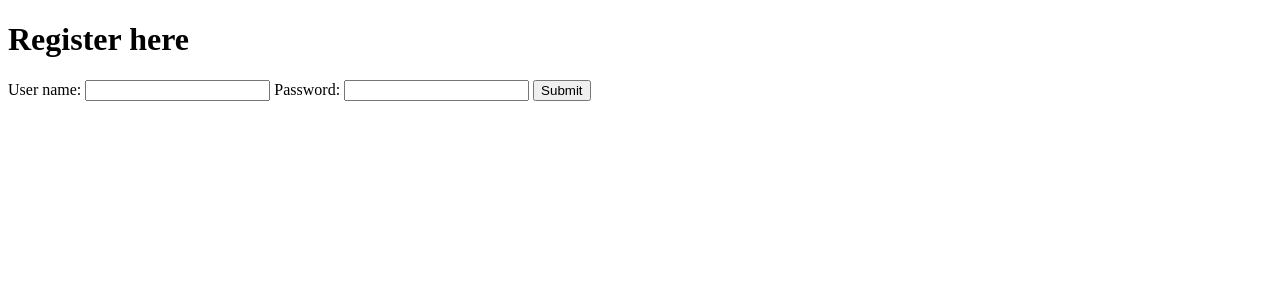
Repository: ejohnson93/CSCE_464
Page: http://localhost/hotel_management/register.jsp
An editor plug-in stored every save of this project. The page is shown before and after the next save, followed by the edit.
The browser window is 1280 px wide. The pictures show the whole page.
The page is served by Tomcat 9. Other server files are loaded and not shown.

Above is the page before, as saved 2016-01-28 17:30:14.

### hotel_management/WebContent/register.jsp
<%@ page language="java" contentType="text/html; charset=ISO-8859-1"
    pageEncoding="ISO-8859-1"%>
<!DOCTYPE html PUBLIC "-//W3C//DTD HTML 4.01 Transitional//EN" "http://www.w3.org/TR/html4/loose.dtd">
<html>
<head>
<meta http-equiv="Content-Type" content="text/html; charset=ISO-8859-1">
<title>Insert title here</title>
</head>
<body>
<h1> Register here</h1>
<form name="input" action="Register" method="post">
User name: <input type="text" name="username">
Password: <input type="password" name="password">
<input type="submit" value="Submit">
</form>
</body>
</html>

After the next save:
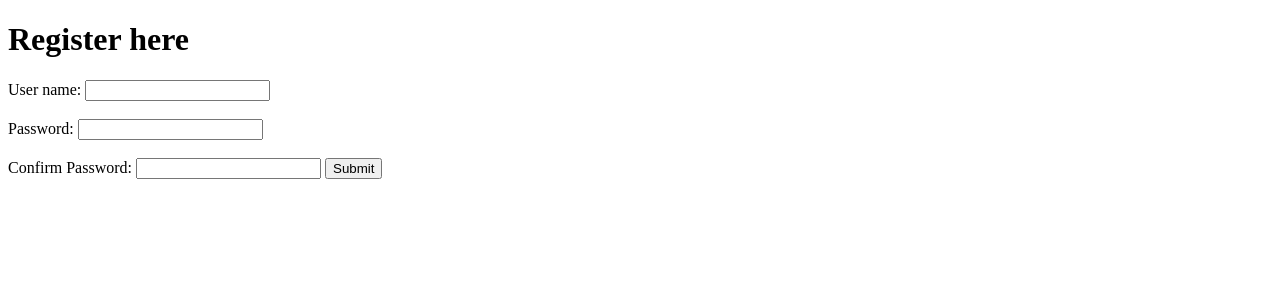
Saved 77 s later.
--- a/hotel_management/WebContent/register.jsp
+++ b/hotel_management/WebContent/register.jsp
@@ -10,7 +10,10 @@
 <h1> Register here</h1>
 <form name="input" action="Register" method="post">
 User name: <input type="text" name="username">
+<br></br>
 Password: <input type="password" name="password">
+<br></br>
+Confirm Password: <input type="password" name="confirm">
 <input type="submit" value="Submit">
 </form>
 </body>
